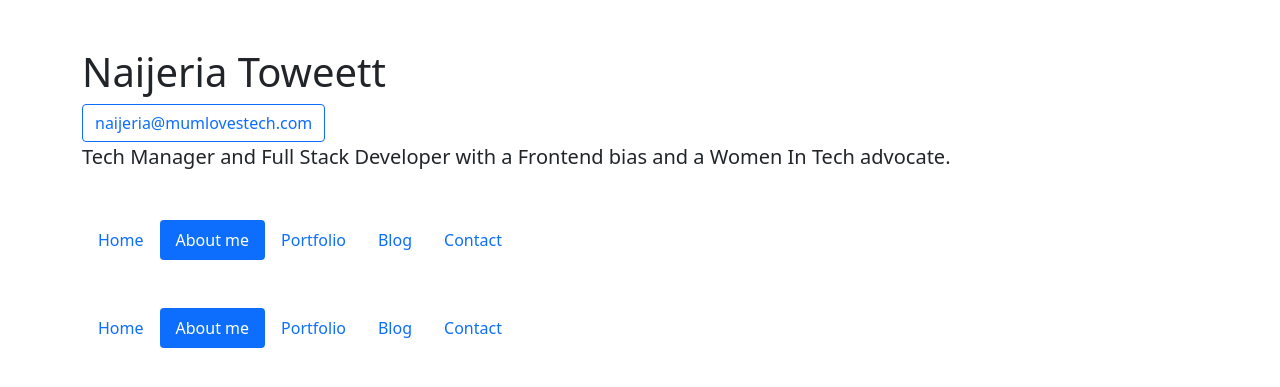
Repository: mamatechafrica/portfolio
Page: about.html
These files come from the project's save history. The page is drawn as it stood at one moment and after a run of saves; the edit follows.
The browser window is 1280 px wide. The pictures show the whole page.

Above is the page before, as saved 2022-01-05 19:38:55.

### about.html
<!doctype html>
<html lang="en">
    <head>
        <!-- Required meta tags -->
        <meta charset="utf-8">
        <meta name="viewport" content="width=device-width, initial-scale=1">

        <!-- Bootstrap CSS -->
        <link href="https://cdn.jsdelivr.net/npm/bootstrap@5.0.2/dist/css/bootstrap.min.css" rel="stylesheet" integrity="sha384-EVSTQN3/azprG1Anm3QDgpJLIm9Nao0Yz1ztcQTwFspd3yD65VohhpuuCOmLASjC" crossorigin="anonymous">

        <title>NashTheCoder portfolio</title>
    </head>
    <body>
        <div class="container my-5">
            <h1>Naijeria Toweett</h1>
            <a href="mailto:naijeria@mumlovestech.com" type="button" class="btn btn-outline-primary">
                naijeria@mumlovestech.com
            </a>
            <p class="lead">
                Tech Manager and Full Stack Developer with a Frontend bias and a Women In Tech advocate.
            </p>
        </div>

        <div class="container">
            <nav>
                <ul class="nav nav-pills ">
                    <li class="nav-item">
                        <a class="nav-link" href="/">Home</a>
                    </li>
                    <li class="nav-item">
                        <a class="nav-link active" aria-current="page" href="/about.html">About me</a>
                    </li>
                    <li class="nav-item">
                        <a class="nav-link" href="#">Portfolio</a>
                    </li>
                    <li class="nav-item">
                        <a class="nav-link" href="https://mumlovestech.com/" target="blank">Blog</a>
                    </li>
                    <li class="nav-item">
                        <a class="nav-link" href="#">Contact</a>
                    </li>
                </ul>
            </nav>
        </div>



        <div class="container my-5">
            <nav>
                <ul class="nav nav-pills">
                    <li class="nav-item">
                        <a class="nav-link" href="/">Home</a>
                    </li>
                    <li class="nav-item">
                        <a class="nav-link active" aria-current="page" href="#">About me</a>
                    </li>
                    <li class="nav-item">
                        <a class="nav-link" href="#">Portfolio</a>
                    </li>
                    <li class="nav-item">
                        <a class="nav-link" href="https://mumlovestech.com/" target="blank">Blog</a>
                    </li>
                    <li class="nav-item">
                        <a class="nav-link" href="#">Contact</a>
                    </li>
                </ul>
            </nav>
        </div>

        <!-- Optional JavaScript; choose one of the two! -->

        <!-- Option 1: Bootstrap Bundle with Popper -->
        <script src="https://cdn.jsdelivr.net/npm/bootstrap@5.0.2/dist/js/bootstrap.bundle.min.js" integrity="sha384-MrcW6ZMFYlzcLA8Nl+NtUVF0sA7MsXsP1UyJoMp4YLEuNSfAP+JcXn/tWtIaxVXM" crossorigin="anonymous"></script>

        <!-- Option 2: Separate Popper and Bootstrap JS -->
        <!--
        <script src="https://cdn.jsdelivr.net/npm/@popperjs/core@2.9.2/dist/umd/popper.min.js" integrity="sha384-IQsoLXl5PILFhosVNubq5LC7Qb9DXgDA9i+tQ8Zj3iwWAwPtgFTxbJ8NT4GN1R8p" crossorigin="anonymous"></script>
        <script src="https://cdn.jsdelivr.net/npm/bootstrap@5.0.2/dist/js/bootstrap.min.js" integrity="sha384-cVKIPhGWiC2Al4u+LWgxfKTRIcfu0JTxR+EQDz/bgldoEyl4H0zUF0QKbrJ0EcQF" crossorigin="anonymous"></script>
        -->
    </body>
</html>

After the next 2 saves:
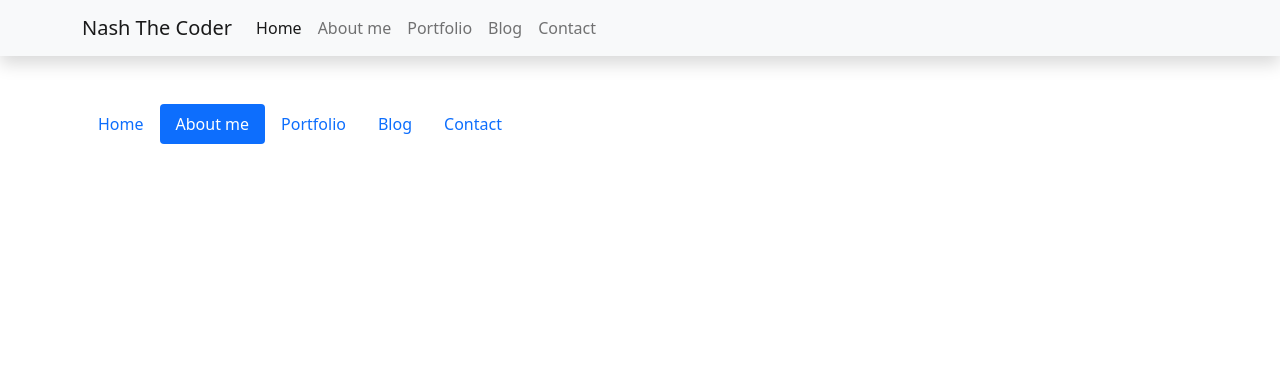
The 2 saves are shown as one change because they came seconds apart.
The last was saved 54 s later.
--- a/about.html
+++ b/about.html
@@ -11,38 +11,33 @@
         <title>NashTheCoder portfolio</title>
     </head>
     <body>
-        <div class="container my-5">
-            <h1>Naijeria Toweett</h1>
-            <a href="mailto:naijeria@mumlovestech.com" type="button" class="btn btn-outline-primary">
-                naijeria@mumlovestech.com
-            </a>
-            <p class="lead">
-                Tech Manager and Full Stack Developer with a Frontend bias and a Women In Tech advocate.
-            </p>
-        </div>
-
-        <div class="container">
-            <nav>
-                <ul class="nav nav-pills ">
+        <nav class="navbar navbar-expand-lg navbar-light bg-light shadow sticky-top">
+            <div class="container">
+                <a class="navbar-brand" href="#">Nash The Coder <i class="fas fa-code-branch    "></i></a>
+                <button class="navbar-toggler" type="button" data-bs-toggle="collapse" data-bs-target="#navbarNav" aria-controls="navbarNav" aria-expanded="false" aria-label="Toggle navigation">
+                    <span class="navbar-toggler-icon"></span>
+                </button>
+                <div class="collapse navbar-collapse" id="navbarNav">
+                    <ul class="navbar-nav">
                     <li class="nav-item">
-                        <a class="nav-link" href="/">Home</a>
+                        <a class="nav-link active" aria-current="page" href="#">Home</a>
                     </li>
                     <li class="nav-item">
-                        <a class="nav-link active" aria-current="page" href="/about.html">About me</a>
+                        <a class="nav-link" href="/about.html">About me</a>
                     </li>
                     <li class="nav-item">
                         <a class="nav-link" href="#">Portfolio</a>
                     </li>
                     <li class="nav-item">
-                        <a class="nav-link" href="https://mumlovestech.com/" target="blank">Blog</a>
+                        <a class="nav-link" href="#">Blog</a>
                     </li>
                     <li class="nav-item">
                         <a class="nav-link" href="#">Contact</a>
                     </li>
-                </ul>
-            </nav>
-        </div>
-
+                    </ul>
+                </div>
+            </div>
+        </nav>
 
 
         <div class="container my-5">
